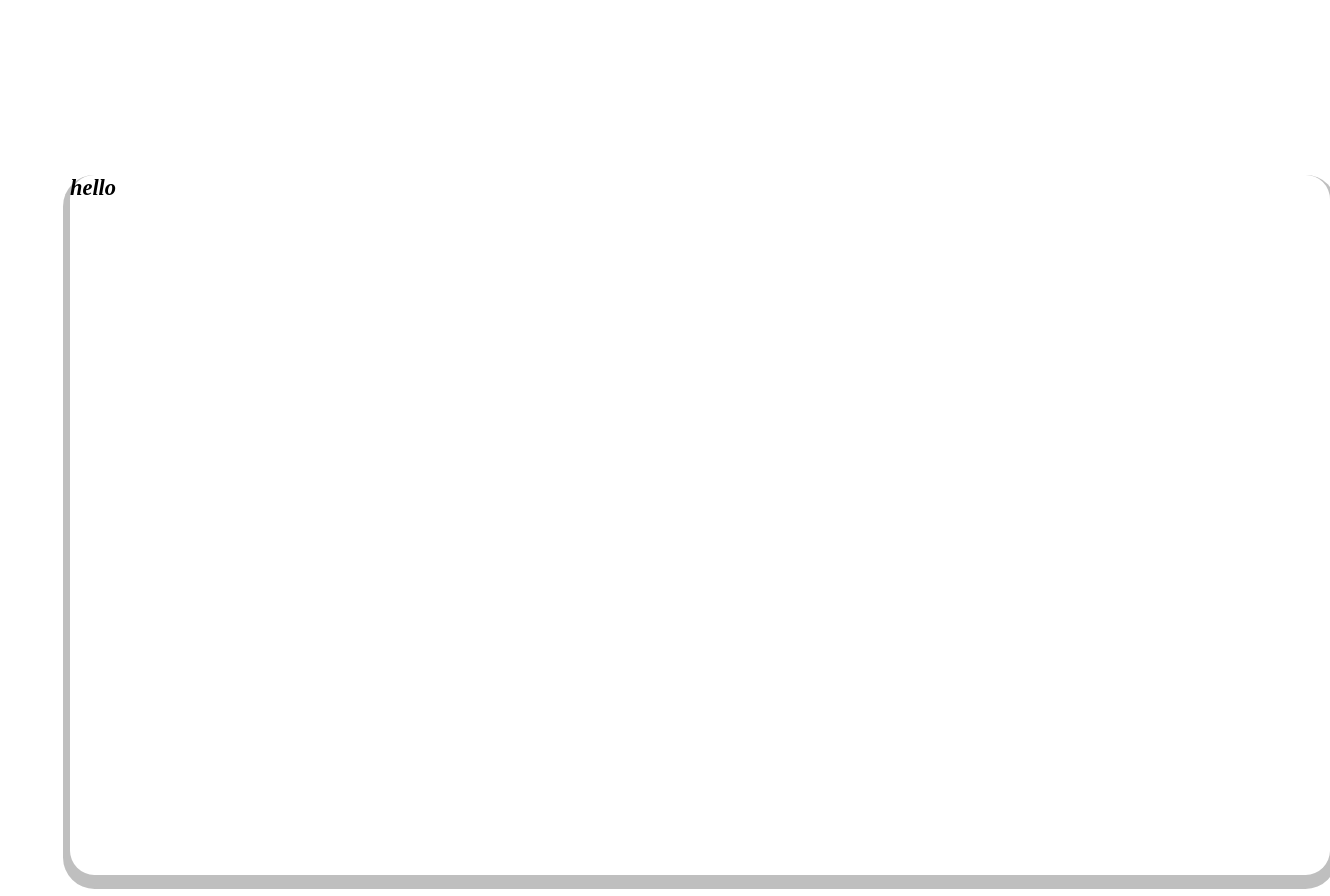
Repository: Haakim19/TavelWorld
Page: HTML/Home.html
These files come from the project's save history. The page is drawn as it stood at one moment and after the next save; the edit follows.
The browser window is 1280 px wide. The page is 1900 px wide, so the pictures cover 1900 px, including what lies to the right of the window. The pictures show the part of the page from y = 737 to 2017 px (the page is 2063 px tall), at 70% of full size.
Some web fonts or font styles are not loaded; a fallback is used.

Above is the page before, as saved 2024-11-02 11:49:34.

After the next save:
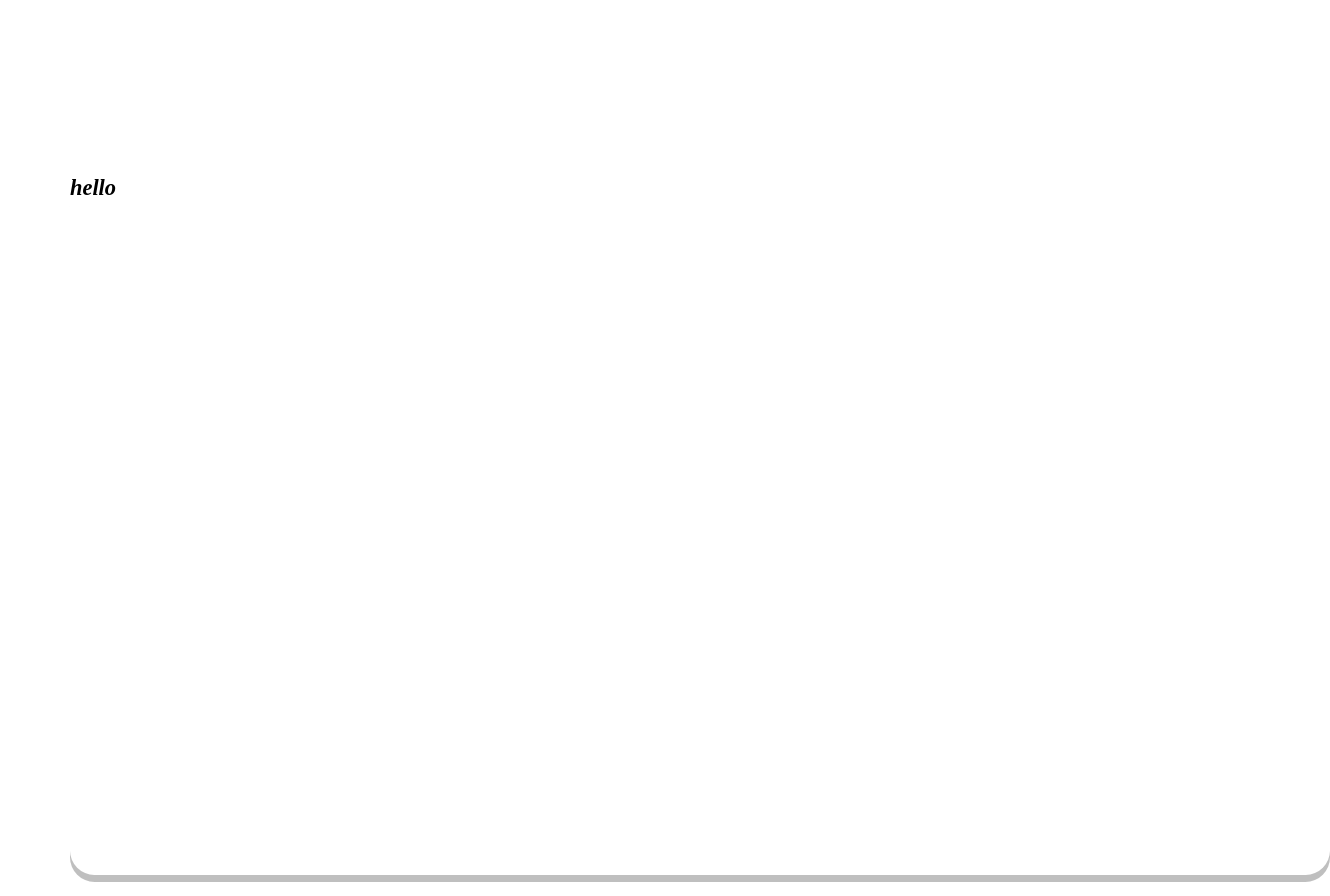
Saved 9 s later.
--- a/CSS/home.css
+++ b/CSS/home.css
@@ -110,7 +110,7 @@ section {
     left: 100px;
     top: auto;
     background: #FFFFFF;
-    box-shadow: 0px 10px 0px 10px rgba(0, 0, 0, 0.25);
+    box-shadow: 0px 10px 0px 0px rgba(0, 0, 0, 0.25);
     border-radius: 35px;
     justify-content: center;
     align-items: center;
